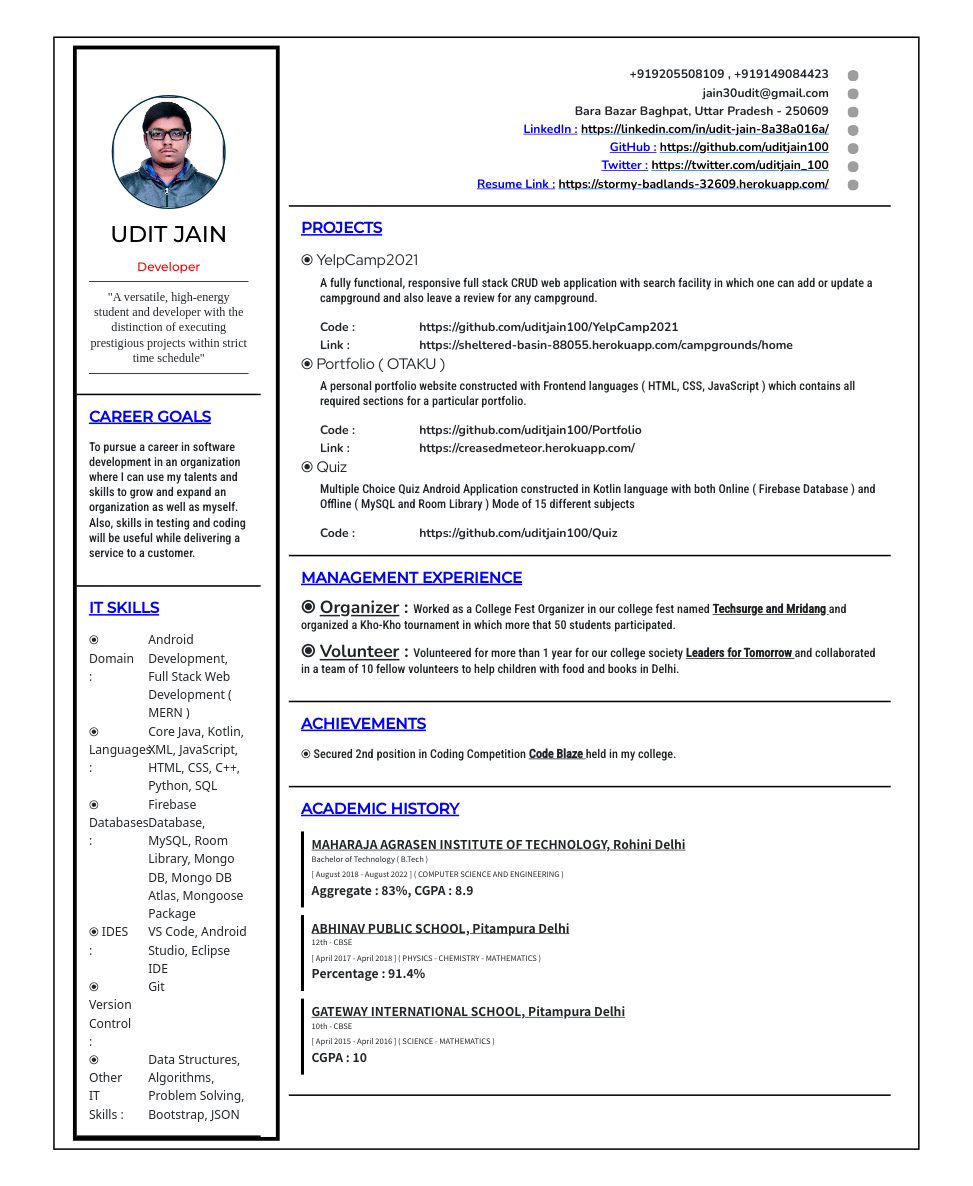
Repository: uditjain100/Resume
Page: app.html
The author's editor kept a copy of each file at every save. The page is drawn from the files as they stood at one save, then again after the next save.
The browser window is 1280 px wide. The pictures show the whole page, at 76% of full size.
Pictures or frames that could not be fetched are drawn as grey boxes. Some web fonts or font styles are not loaded; a fallback is used.

Above is the page before, as saved 2021-05-27 18:32:25.

### app.html
<!DOCTYPE html>
<html lang="en">
	<head>
		<meta charset="UTF-8" />
		<meta http-equiv="X-UA-Compatible" content="IE=edge" />
		<meta name="viewport" content="width=device-width, initial-scale=1.0" />
		<title>RESUME : Udit Jain</title>
		<link rel="stylesheet" href="app.css" />
		<script
			src="https://code.jquery.com/jquery-3.5.1.min.js"
			integrity="sha256-9/aliU8dGd2tb6OSsuzixeV4y/faTqgFtohetphbbj0="
			crossorigin="anonymous"
		></script>
		<link
			href="https://cdn.jsdelivr.net/npm/bootstrap@5.0.0-beta1/dist/css/bootstrap.min.css"
			rel="stylesheet"
			integrity="sha384-giJF6kkoqNQ00vy+HMDP7azOuL0xtbfIcaT9wjKHr8RbDVddVHyTfAAsrekwKmP1"
			crossorigin="anonymous"
		/>

		<link rel="preconnect" href="https://fonts.gstatic.com" />
		<link
			href="https://fonts.googleapis.com/css2?family=Montserrat:wght@300;500&display=swap"
			rel="stylesheet"
		/>
		<link
			href="https://fonts.googleapis.com/css2?family=Roboto+Condensed:wght@500&display=swap"
			rel="stylesheet"
		/>
		<link
			href="https://fonts.googleapis.com/css2?family=Spartan:wght@500&display=swap"
			rel="stylesheet"
		/>
		<link
			href="https://fonts.googleapis.com/css2?family=Red+Hat+Display&display=swap"
			rel="stylesheet"
		/>
		<link
			href="https://fonts.googleapis.com/css2?family=Ubuntu:wght@300&display=swap"
			rel="stylesheet"
		/>
		<link
			href="https://fonts.googleapis.com/css2?family=Quicksand:wght@700&display=swap"
			rel="stylesheet"
		/>
		<link
			href="https://fonts.googleapis.com/css2?family=Nunito:wght@700&display=swap"
			rel="stylesheet"
		/>
		<link
			href="https://fonts.googleapis.com/css2?family=Akaya+Kanadaka&display=swap"
			rel="stylesheet"
		/>
		<link
			href="https://fonts.googleapis.com/css2?family=Poppins:wght@400&display=swap"
			rel="stylesheet"
		/>
		<link
			href="https://fonts.googleapis.com/css2?family=Noto+Sans+JP&display=swap"
			rel="stylesheet"
		/>
	</head>
	<body>
		<main class="container row my-5 mx-auto" id="wholewindow">
			<section id="leftwindow" class="col-3">
				<article id="namebox">
					<img
						id="profileimg"
						src="profile.jpg"
						class="card-img-top"
						alt="..."
					/>
					<div class="card-body">
						<h3
							class="card-title"
							style="
								color: black;
								text-decoration: none;
								font-size: 30px;
								font-weight: 400;
							"
						>
							UDIT JAIN
						</h3>
						<h6 class="card-subtitle mx-auto">Developer</h6>
						<p id="summary">
							"A versatile, high-energy student and developer with the
							distinction of executing prestigious projects within strict time
							schedule"
						</p>
					</div>
				</article>

				<article class="card-body" id="goalbox">
					<h3 class="card-title">CAREER GOALS</h3>
					<p>
						To pursue a career in software development in an organization where
						I can use my talents and skills to grow and expand an organization
						as well as myself. Also, skills in testing and coding will be useful
						while delivering a service to a customer.
					</p>
				</article>

				<article id="itskillsbox">
					<div class="card-body">
						<h3 class="card-title">IT SKILLS</h3>
						<ul class="list-group">
							<li id="itskillsitem" class="row">
								<span class="col-4" id="que">⦿ Domain : </span>
								<span class="col-8" id="ans"
									>Android Development, Full Stack Web Development ( MERN
									)</span
								>
							</li>
							<li id="itskillsitem" class="row">
								<span class="col-4" id="que">⦿ Languages : </span>
								<span class="col-8" id="ans"
									>Core Java, Kotlin, XML, JavaScript, HTML, CSS, C++, Python,
									SQL</span
								>
							</li>
							<li id="itskillsitem" class="row">
								<span class="col-4" id="que">⦿ Databases : </span>
								<span class="col-8" id="ans"
									>Firebase Database, MySQL, Room Library, Mongo DB, Mongo DB
									Atlas, Mongoose Package</span
								>
							</li>
							<li id="itskillsitem" class="row">
								<span class="col-4" id="que">⦿ IDES : </span>
								<span class="col-8" id="ans"
									>VS Code, Android Studio, Eclipse IDE</span
								>
							</li>
							<li id="itskillsitem" class="row">
								<span class="col-4" id="que">⦿ Version Control : </span>
								<span class="col-8" id="ans">Git</span>
							</li>
							<li id="itskillsitem" class="row">
								<span class="col-4" id="que">⦿ Other IT Skills : </span>
								<span class="col-8" id="ans"
									>Data Structures, Algorithms, Problem Solving, Bootstrap,
									JSON</span
								>
							</li>
						</ul>
					</div>
				</article>
			</section>
			<section id="rightwindow" class="col-9">
				<article class="card-body" id="contactbox">
					<ul class="list-group">
						<li id="contactitem" class="row">
							<div class="col-11">+919205508109 , +919149084423</div>
							<div class="col-1">
								<img
									src="https://cdn.jsdelivr.net/npm/simple-icons@3.0.1/icons/android.svg"
									alt=""
								/>
							</div>
						</li>
						<li id="contactitem" class="row">
							<div class="col-11">jain30udit@gmail.com</div>
							<div class="col-1">
								<img
									src="https://cdn.jsdelivr.net/npm/simple-icons@3.0.1/icons/gmail.svg"
									alt=""
								/>
							</div>
						</li>
						<li id="contactitem" class="row">
							<div class="col-11">
								Bara Bazar Baghpat, Uttar Pradesh - 250609
							</div>
							<div class="col-1">
								<img
									src="https://cdn.jsdelivr.net/npm/simple-icons@3.0.1/icons/googlemaps.svg"
									alt=""
								/>
							</div>
						</li>
						<li id="contactitem" class="row">
							<div class="col-11">
								<span>LinkedIn :</span>
								<a href="https://linkedin.com/in/udit-jain-8a38a016a/"
									><span id="link"
										>https://linkedin.com/in/udit-jain-8a38a016a/</span
									></a
								>
							</div>
							<div class="col-1">
								<img
									src="https://cdn.jsdelivr.net/npm/simple-icons@4.13.0/icons/linkedin.svg"
									alt=""
								/>
							</div>
						</li>
						<li id="contactitem" class="row">
							<div class="col-11">
								<span>GitHub :</span>
								<a href="https://github.com/uditjain100"
									><span id="link">https://github.com/uditjain100</span></a
								>
							</div>
							<div class="col-1">
								<img
									src="https://cdn.jsdelivr.net/npm/simple-icons@4.13.0/icons/github.svg"
									alt=""
								/>
							</div>
						</li>
						<li id="contactitem" class="row">
							<div class="col-11">
								<span>Twitter :</span>
								<a href="https://twitter.com/uditjain_100"
									><span id="link">https://twitter.com/uditjain_100</span></a
								>
							</div>
							<div class="col-1">
								<img
									src="https://cdn.jsdelivr.net/npm/simple-icons@4.13.0/icons/twitter.svg"
									alt=""
								/>
							</div>
						</li>
						<li id="contactitem" class="row">
							<div class="col-11">
								<span>Resume Link :</span>
								<a href="https://stormy-badlands-32609.herokuapp.com/"
									><span id="link"
										>https://stormy-badlands-32609.herokuapp.com/</span
									></a
								>
							</div>
							<div class="col-1">
								<img
									src="https://cdn.jsdelivr.net/npm/simple-icons@4.13.0/icons/webpack.svg"
									alt=""
								/>
							</div>
						</li>
					</ul>
				</article>

				<article class="card-body" id="projectbox">
					<h3 class="card-title">PROJECTS</h3>
					<ul class="list-group">
						<li id="projectitem" class="row">
							<h5 id="projecttitle" class="display-10">⦿ YelpCamp2021</h5>
							<div id="projectdetails">
								<p>
									A fully functional, responsive full stack CRUD web application
									with search facility in which one can add or update a
									campground and also leave a review for any campground.
								</p>
								<ul class="list-group">
									<li id="contactitem" class="row">
										<div class="col-2">
											<span style="font-weight: 700">Code : </span>
										</div>
										<div id="link" class="col-10">
											https://github.com/uditjain100/YelpCamp2021
										</div>
									</li>
									<li id="contactitem" class="row">
										<div class="col-2">
											<span style="font-weight: 700">Link : </span>
										</div>
										<div id="link" class="col-10">
											https://sheltered-basin-88055.herokuapp.com/campgrounds/home
										</div>
									</li>
								</ul>
							</div>
						</li>
						<li id="projectitem" class="row">
							<h5 id="projecttitle" class="display-10">
								⦿ Portfolio ( OTAKU )
							</h5>
							<div id="projectdetails">
								<p>
									A personal portfolio website constructed with Frontend
									languages ( HTML, CSS, JavaScript ) which contains all
									required sections for a particular portfolio.
								</p>
								<ul class="list-group">
									<li id="contactitem" class="row">
										<div class="col-2">
											<span style="font-weight: 700">Code : </span>
										</div>
										<div id="link" class="col-10">
											https://github.com/uditjain100/Portfolio
										</div>
									</li>
									<li id="contactitem" class="row">
										<div class="col-2">
											<span style="font-weight: 700">Link : </span>
										</div>
										<div id="link" class="col-10">
											https://creasedmeteor.herokuapp.com/
										</div>
									</li>
								</ul>
							</div>
						</li>
						<li id="projectitem" class="row">
							<h5 id="projecttitle" class="display-10">⦿ Quiz</h5>
							<div id="projectdetails">
								<p>
									Multiple Choice Quiz Android Application constructed in Kotlin
									language with both Online ( Firebase Database ) and Offline (
									MySQL and Room Library ) Mode of 15 different subjects
								</p>
								<ul class="list-group">
									<li id="contactitem" class="row">
										<div class="col-2">
											<span style="font-weight: 700">Code : </span>
										</div>
										<div id="link" class="col-10">
											https://github.com/uditjain100/Quiz
										</div>
									</li>
								</ul>
							</div>
						</li>
					</ul>
				</article>

				<article class="card-body" id="managementskillsbox">
					<h3 class="card-title">MANAGEMENT EXPERIENCE</h3>
					<ul class="list-group">
						<li id="managementskillsitem">
							<p>
								<span id="tag">⦿ <span>Organizer</span> : </span>
								Worked as a College Fest Organizer in our college fest named
								<span style="font-weight: 700; text-decoration: underline"
									>Techsurge and Mridang
								</span>
								and organized a Kho-Kho tournament in which more that 50
								students participated.
							</p>
						</li>
						<li id="managementskillsitem">
							<p>
								<span id="tag">⦿ <span>Volunteer</span> : </span>
								Volunteered for more than 1 year for our college society
								<span style="font-weight: 700; text-decoration: underline"
									>Leaders for Tomorrow </span
								>and collaborated in a team of 10 fellow volunteers to help
								children with food and books in Delhi.
							</p>
						</li>
					</ul>
				</article>

				<article class="card-body" id="achievementsbox">
					<h3 class="card-title">ACHIEVEMENTS</h3>
					<ul class="list-group">
						<li id="achievementitem" class="row">
							<p>
								⦿ Secured 2nd position in Coding Competition
								<span style="font-weight: 700; text-decoration: underline"
									>Code Blaze
								</span>
								held in my college.
							</p>
						</li>
					</ul>
				</article>

				<article class="card-body" id="educationbox">
					<h3 class="card-title">ACADEMIC HISTORY</h3>
					<ul class="list-group">
						<li id="educationitem">
							<h6 id="institutename">
								MAHARAJA AGRASEN INSTITUTE OF TECHNOLOGY, Rohini Delhi
							</h6>
							<h6 id="stream">Bachelor of Technology ( B.Tech )</h6>
							<h6 id="subjects">
								[ August 2018 - August 2022 ] ( COMPUTER SCIENCE AND ENGINEERING
								)
							</h6>
							<h6 id="marks">Aggregate : 83%, CGPA : 8.9</h6>
						</li>
						<li id="educationitem">
							<h6 id="institutename">ABHINAV PUBLIC SCHOOL, Pitampura Delhi</h6>
							<h6 id="stream">12th - CBSE</h6>
							<h6 id="subjects">
								[ April 2017 - April 2018 ] ( PHYSICS - CHEMISTRY - MATHEMATICS
								)
							</h6>
							<h6 id="marks">Percentage : 91.4%</h6>
						</li>
						<li id="educationitem">
							<h6 id="institutename">
								GATEWAY INTERNATIONAL SCHOOL, Pitampura Delhi
							</h6>
							<h6 id="stream">10th - CBSE</h6>
							<h6 id="subjects">
								[ April 2015 - April 2016 ] ( SCIENCE - MATHEMATICS )
							</h6>
							<h6 id="marks">CGPA : 10</h6>
						</li>
					</ul>
				</article>
			</section>
		</main>
	</body>
</html>

### app.css
/* * Common Section */

@keyframes transitionIn {
	from {
		opacity: 0;
		transform: rotateY(-10deg);
	}
	to {
		opacity: 1;
		transform: rotateY(0);
	}
}

html {
	animation: transitionIn 1s;
}

p {
	font-family: "Roboto Condensed", sans-serif;
	line-height: 20px;
}

ul {
	list-style: none;
}
article {
	border-bottom: 2px black solid;
}

.card {
	background-color: black;
}

.card-title {
	font-family: "Montserrat";
	color: blue;
	text-decoration: underline;
	font-weight: 900;
	font-size: 20px;
	padding-bottom: 10px;
	border: none;
}

.footer {
	position: -webkit-sticky;
	left: 0;
	bottom: 0;
	width: 100%;
	color: white;
	text-align: center;
	font-family: "Montserrat";
}

/*  ********************* resume work */

#wholewindow {
	border: 2px black solid;
	display: flex;
	flex-direction: row;
	flex-wrap: wrap;
	justify-content: space-evenly;
	/* align-items: center; */
}

#leftwindow {
	margin: 10px 0px 10px 0px;
	border: 5px black solid;
	padding: 50px 20px 0px 0px;
	min-width: 250px;
}

#rightwindow {
	padding-top: 20px;
	min-width: 250px;
}

#namebox {
	display: flex;
	flex-direction: column;
	flex-wrap: wrap;
	align-items: center;
	text-align: center;
	font-family: "Montserrat";
}

#profileimg {
	width: 150px;
	height: 150px;
	border-radius: 50%;
	border: 2px #003049 solid;
	margin-top: 10px;
}
#summary {
	font-family: "Akaya Kanadaka";
	margin-top: 10px;
	margin-bottom: 10px;
	padding-top: 10px;
	padding-bottom: 10px;

	border-bottom: 1px black solid;
	border-top: 1px black solid;
}

.card-subtitle {
	color: red;
}

#managementskillsitem p {
	line-height: 20px;
}

#tag {
	font-family: "Nunito";
	font-size: 23px;
	font-weight: 900;
	text-align: left;
}

#tag span {
	text-decoration: underline;
}

li img {
	width: 15px;
	height: 15px;
	border-radius: 50%;
	margin-right: 5px;
}

#contactbox {
	border-bottom: 2px black solid;
}

#contactitem {
	font-family: "Nunito";
}

#contactitem .col-11 {
	text-align: end;
}

#contactitem .col-11 span {
	font-weight: 600;
	color: blue;
	text-decoration: underline;
}

#contactitem .col-11 a span {
	color: black;
	text-decoration: none;
}

#educationtitle {
	font-family: "Red Hat Display";
	font-weight: 200;
}

#educationitem {
	margin-bottom: 10px;
	padding: 10px 0px 10px 10px;
	border-left: 4px black solid;
}

#educationbox {
	font-family: "Noto Sans JP";
}

#educationitem h6 {
	line-height: 12px;
}

#institutename {
	text-decoration: underline;
	font-weight: 800;
	font-size: 16px;
}

#timestamp {
	font-size: 10px;
}

#stream {
	font-size: 10px;
	font-weight: 400;
}

#subjects {
	font-size: 10px;
	font-weight: 300;
}

#marks {
	/* font-size: 15px; */
	font-weight: 700;
}

#projecttitle {
	font-family: "Red Hat Display";
	font-weight: 400;
}

#projectdetails {
	margin-left: 25px;
}

After the next save:
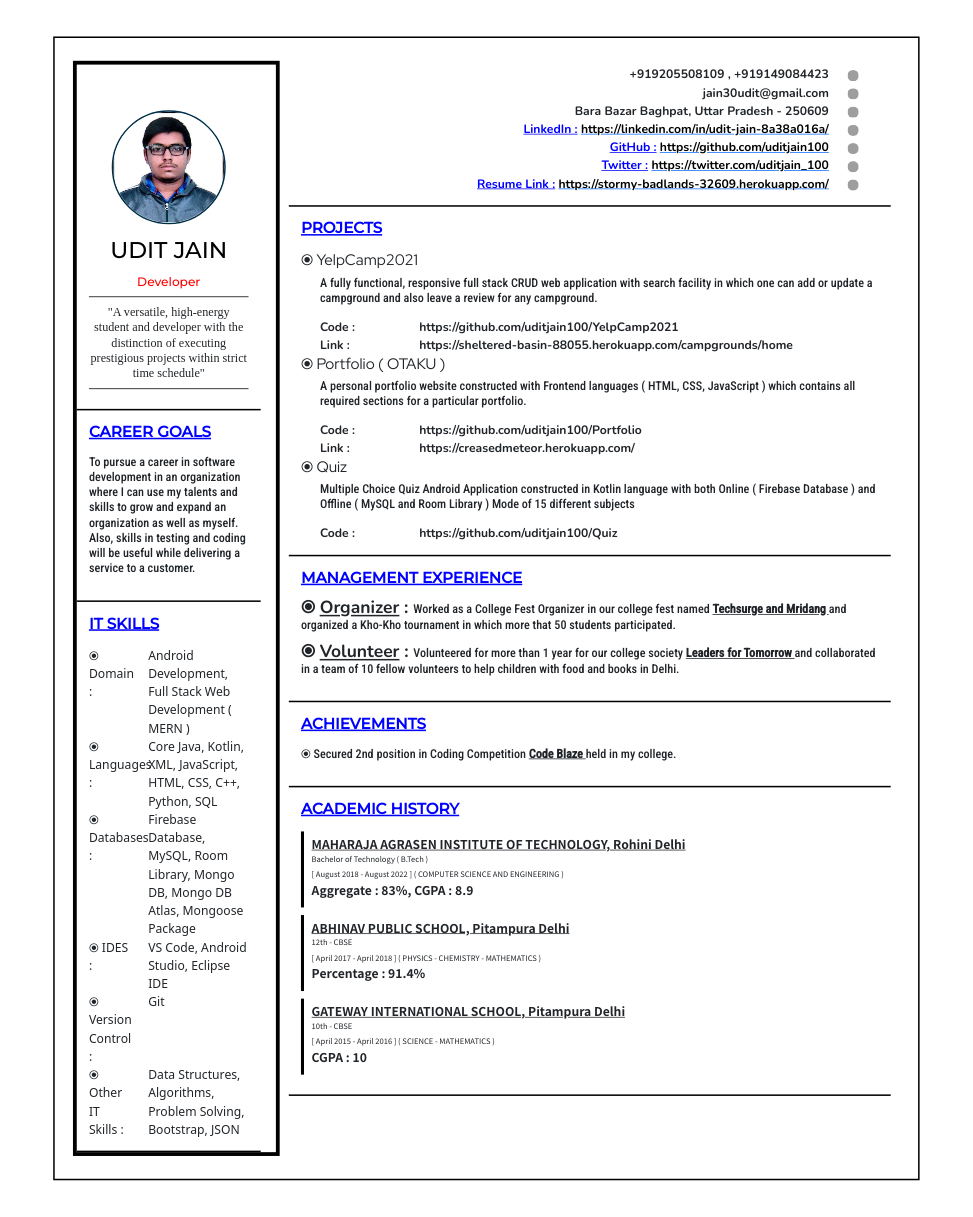
Saved 21 s later.
--- a/app.css
+++ b/app.css
@@ -63,7 +63,7 @@ article {
 }
 
 #leftwindow {
-	margin: 10px 0px 10px 0px;
+	margin: 30px 0px 30px 0px;
 	border: 5px black solid;
 	padding: 50px 20px 0px 0px;
 	min-width: 250px;
